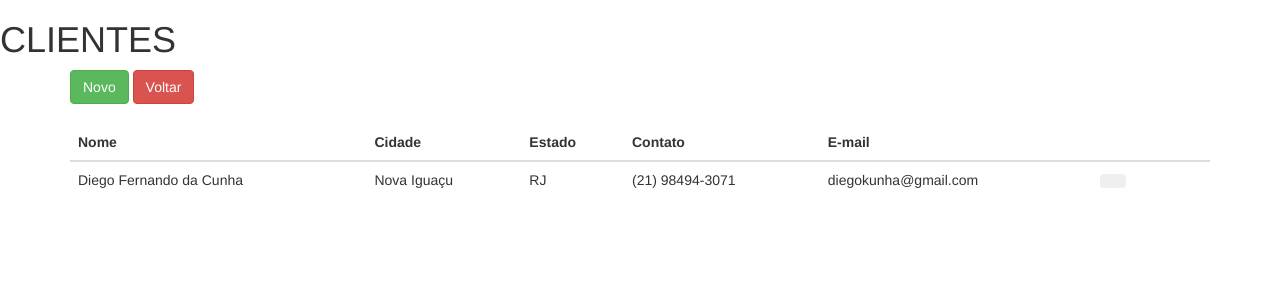
Repository: diegokunha/LojinhaGuru
Page: http://localhost/LojinhaGuru/clientes
The author's editor kept a copy of each file at every save. The page is drawn from the files as they stood at one save, then again after the next save.
The browser window is 1280 px wide. The pictures show the whole page.
Some web libraries are served in a nearby version. The page is served by Tomcat 9.

Above is the page before, as saved 2017-10-04 01:16:59.

After the next save:
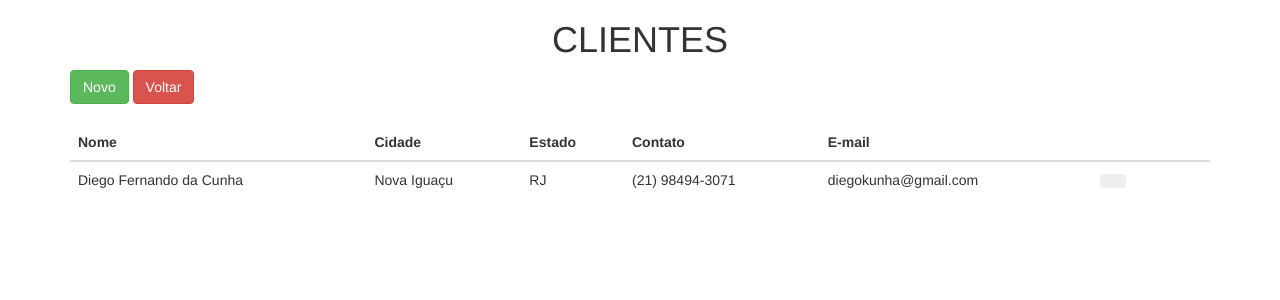
Saved 50 s later.
--- a/LojinhaGuru/WebContent/WEB-INF/views/jsp/clientes.jsp
+++ b/LojinhaGuru/WebContent/WEB-INF/views/jsp/clientes.jsp
@@ -20,7 +20,7 @@
 <title>Insert title here</title>
 </head>
 <body>
-	<h1 style="align:center">CLIENTES</h1>
+	<h1 style="text-align: center">CLIENTES</h1>
 	<div class="container">
 		<form>
 
